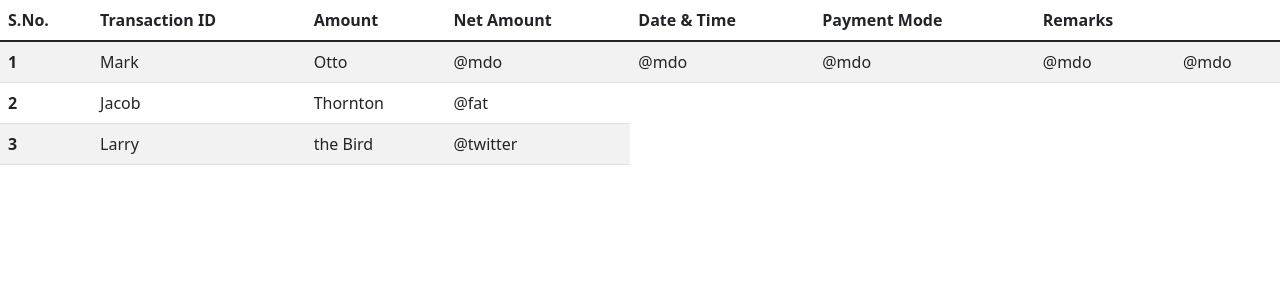
Repository: sreech465/e-prathibha
Page: /paytm
An editor plug-in stored every save of this project. The page is shown before and after the next save, followed by the edit.
The browser window is 1280 px wide. The pictures show the whole page.
The project was rebuilt for these pictures with package versions that can differ from the ones it lists, and the page was loaded fresh each time. Also part of the build but not shown: src/Redux/Actions.js, src/Components/Register.js, src/Components/Verify.js, src/Components/Header.js, src/Components/Login.js, src/Components/Popup.css, src/Components/Popup.js, src/Components/WritExam.css and 11 more.

Above is the page before, as saved 2022-10-19 08:08:22.

### src/index.js
import React from "react";
import ReactDOM from "react-dom/client";
import "./index.css";
import App from "./App";
import reportWebVitals from "./reportWebVitals";
import { Provider } from "react-redux";
import { store } from "./Redux/Store";

import "bootstrap/dist/css/bootstrap.min.css";

const root = ReactDOM.createRoot(document.getElementById("root"));
root.render(
  <React.StrictMode>
    <Provider store={store}>
      <App />
    </Provider>
  </React.StrictMode>
);

// If you want to start measuring performance in your app, pass a function
// to log results (for example: reportWebVitals(console.log))
// or send to an analytics endpoint. Learn more: https://bit.ly/CRA-vitals
reportWebVitals();

### src/App.js
import "bootstrap/dist/css/bootstrap.min.css";
import "./App.css";
import Register from "./Components/Register";
import { useSelector } from "react-redux";
import Verify from "./Components/Verify";
import Header from "./Components/Header";
import Login from "./Components/Login";
import { Routes, Route } from "react-router-dom";
import WriteExam from "./Components/WriteExam";
import { BrowserRouter } from "react-router-dom";
import ListOfExams from "./Components/ListOfExams";
import CategoryOfExams from "./Components/CategoryOfExams";
import PremiumList from "./Components/PremiumList";
import MockList from "./Components/MockList";
import PwriteExam from "./Components/PwriteExam";
import Sidebar from "./Components/Sidebar";
import Packageanu from "./Components/Packageanu";
import Checkouts from "./Components/Checkouts";

import Finalpage from "./Components/Finalpage";
import Transaction from "./Components/Transaction";
function App() {
  const state = useSelector((state) => state);
  console.log(state);

  return (
    <>
      <div className="App">
        <BrowserRouter>
          <Routes>
            <Route path="/register" element={<Register />} />
            <Route path="/Verify" element={<Verify />} />
            <Route path="/" element={<Login />} />
            <Route path="/ListOfExams" element={<ListOfExams />} />
            <Route path="/PremiumList" element={<PremiumList />} />
            <Route path="/MockList" element={<MockList />} />
            <Route path="/CategoryOfExams" element={<CategoryOfExams />} />
            <Route path="/ListOfExams/:id" element={<WriteExam />} />
            <Route path="/PremiumList/:id" element={<WriteExam />} />
            <Route path="/packages" element={<Packageanu />} />
            <Route path="/checkouts" element={<Checkouts />} />
            <Route path="/finalpage" element={<Finalpage />} />
            <Route path="/paytm" element={<Transaction />} />
          </Routes>
        </BrowserRouter>
      </div>
    </>
  );
}

export default App;

### src/Redux/Store.js
import { applyMiddleware } from "redux";

import { createStore } from "redux";
import thunk from "redux-thunk";
import { rootreducer } from "./CombineReducers";

export const store = createStore(rootreducer, applyMiddleware(thunk));

### src/App.css
.Sidebar {

  height:100%;
  width:50px;
  background-color: black;
  top:0;
  position:fixed;


}

body{
  margin:0;
  padding:0;
}

.App{
  width:100vw;
  height: 100vh;
}

.SidebarList{
  height: auto;
  padding: 0;
  width:100%;
}

.SidebarList .row{
  width:100%;
  height: 50px;
  border: rgba(11, 11, 11, 0.851);
list-style-type: none;
margin: 0;
color: white;
left: 0;
font-family: 'Lucida Sans', 'Lucida Sans Regular', 'Lucida Grande', 'Lucida Sans Unicode', Geneva, Verdana, sans-serif;
}

.row #icon {
  flex: 30%;
  display: grid;
  place-items: center;
}

### src/Components/Transaction.js
import React from "react";
import { useSelector } from "react-redux";

const Transaction = () => {
  const details = useSelector((state) => state.TransactionReducer.user13);
  console.log(details);
  return (
    <table class="table table-striped">
      <thead>
        <tr>
          <th scope="col">S.No.</th>
          <th scope="col">Transaction ID</th>
          <th scope="col">Amount</th>
          <th scope="col">Net Amount</th>
          <th scope="col">Date & Time</th>
          <th scope="col">Payment Mode</th>
          <th scope="col">Remarks</th>
        </tr>
      </thead>
      <tbody>
        <tr>
          <th scope="row">1</th>
          <td>Mark</td>
          <td>Otto</td>
          <td>@mdo</td>
          <td>@mdo</td>
          <td>@mdo</td>
          <td>@mdo</td>
          <td>@mdo</td>
        </tr>
        <tr>
          <th scope="row">2</th>
          <td>Jacob</td>
          <td>Thornton</td>
          <td>@fat</td>
        </tr>
        <tr>
          <th scope="row">3</th>
          <td>Larry</td>
          <td>the Bird</td>
          <td>@twitter</td>
        </tr>
      </tbody>
    </table>
  );
};

export default Transaction;

### src/Redux/CombineReducers.js
import { combineReducers } from "redux";
import {
  loginReducer,
  packageReducer,
  payReducer,
  submitExamReducer,
  successReducer,
  transactionReducer,
} from "./Reducer";
import { endExamReducer } from "./Reducer";
import { yearlyQreducer } from "./Reducer";
import { verifyReducer } from "./Reducer";
import { registerReducer } from "./Reducer";
import { writeExamReducer } from "./Reducer";
import { premiumReducer } from "./Reducer";
import { mockReducer } from "./Reducer";

export const rootreducer = combineReducers({
  RegisterReducer: registerReducer,
  VerifyReducer: verifyReducer,
  LoginReducer: loginReducer,
  GetYearlyReducer: yearlyQreducer,
  WexamReducer: writeExamReducer,
  EexamReducer: endExamReducer,
  PremiumReducer: premiumReducer,
  MockReducer: mockReducer,
  SubmitExamReducer: submitExamReducer,
  PayReducer: payReducer,
  PackageReducer: packageReducer,
  SuccessReducer: successReducer,
  TransactionReducer: transactionReducer,
});

### src/Components/Sidebardata.js
import React from "react";
import HomeIcon from "@mui/icons-material/Home";
import ShoppingCartIcon from "@mui/icons-material/ShoppingCart";
import LegendToggleIcon from "@mui/icons-material/LegendToggle";
import LiveHelpIcon from "@mui/icons-material/LiveHelp";
import ManageSearchIcon from "@mui/icons-material/ManageSearch";
import AssistantPhotoIcon from "@mui/icons-material/AssistantPhoto";
import BuildIcon from "@mui/icons-material/Build";
import DomainVerificationIcon from "@mui/icons-material/DomainVerification";
export const Sidebardata = [
  {
    title: "",
    icon: <HomeIcon />,
    link: "/",
  },
  {
    title: "",
    icon: <ShoppingCartIcon />,
    link: "/packages",
  },
  {
    title: "",
    icon: <LegendToggleIcon />,
    link: "/paytm",
  },
  {
    title: "",
    icon: <AssistantPhotoIcon />,
    link: "/result",
  },
  {
    title: "",
    icon: <ManageSearchIcon />,
    link: "/search",
  },
  {
    title: "",
    icon: <LiveHelpIcon />,
    link: "/help",
  },
  {
    title: "",
    icon: <BuildIcon />,
    link: "/help",
  },

  {
    title: "",
    icon: <DomainVerificationIcon />,
    link: "/help",
  },
];

### src/Redux/Reducer.js
import { Actions } from "../Components/types";

const initialstate1 = {
  user1: "",
  user2: "",
  user3: "",
  user4: "",
  user5: "",
  user6: "",
  user7: "",
  user8: "",
  user9: "",
  user10: "",
  user11: "",
  user12: "",
  user13: "",
};

export const loginReducer = (state = initialstate1, action) => {
  const { type, payload } = action;

  switch (type) {
    case Actions.LOGIN:
      return { ...state, user3: payload };
    default:
      return state;
  }
};

export const registerReducer = (state = initialstate1, action) => {
  const { type, payload } = action;

  switch (type) {
    case Actions.REGISTER:
      return { ...state, user1: payload };
    default:
      return state;
  }
};

export const verifyReducer = (state = initialstate1, action) => {
  const { type, payload } = action;

  switch (type) {
    case Actions.VERIFY:
      return { ...state, user2: payload };
    default:
      return state;
  }
};

export const yearlyQreducer = (state = initialstate1, action) => {
  const { type, payload } = action;

  switch (type) {
    case Actions.GETYEARLYQUESTIONS:
      return { ...state, user4: payload };
    default:
      return state;
  }
};

export const premiumReducer = (state = initialstate1, action) => {
  const { type, payload } = action;

  switch (type) {
    case Actions.PREMIUMEXAMS:
      return { ...state, user7: payload };
    default:
      return state;
  }
};

export const mockReducer = (state = initialstate1, action) => {
  const { type, payload } = action;

  switch (type) {
    case Actions.MOCKEXAMS:
      return { ...state, user8: payload };
    default:
      return state;
  }
};

export const writeExamReducer = (state = initialstate1, action) => {
  const { type, payload } = action;

  switch (type) {
    case Actions.WRITETHEEXAM:
      return { ...state, user5: payload };
    default:
      return state;
  }
};

export const submitExamReducer = (state = initialstate1, action) => {
  const { type, payload } = action;

  switch (type) {
    case Actions.SUBMITEXAM:
      return { ...state, user9: payload };
    default:
      return state;
  }
};

export const endExamReducer = (state = initialstate1, action) => {
  const { type, payload } = action;

  switch (type) {
    case Actions.ENDTHEEXAM:
      return { ...state, user6: payload };
    default:
      return state;
  }
};

export const payReducer = (state = initialstate1, action) => {
  const { type, payload } = action;

  switch (type) {
    case Actions.PAYDETAILS:
      return { ...state, user10: payload };
    default:
      return state;
  }
};

export const packageReducer = (state = initialstate1, action) => {
  const { type, payload } = action;

  switch (type) {
    case Actions.PACKAGEDETAILS:
      return { ...state, user11: payload };
    default:
      return state;
  }
};

export const successReducer = (state = initialstate1, action) => {
  const { type, payload } = action;

  switch (type) {
    case Actions.SUCCESS:
      return { ...state, user12: payload };
    default:
      return state;
  }
};

export const transactionReducer = (state = initialstate1, action) => {
  const { type, payload } = action;

  switch (type) {
    case Actions.TRANSACTION:
      return { ...state, user13: payload };
    default:
      return state;
  }
};

### src/Components/types.js
export const Actions = {
  LOGIN: "LOGIN",
  REGISTER: "REGISTER",
  VERIFY: "VERIFY",
  GETYEARLYQUESTIONS: "GETYEARLYQUESTIONS",
  WRITETHEEXAM: "WRITETHEEXAM",
  SUBMITEXAM: "SUBMITEXAM",
  ENDTHEEXAM: "ENDTHEEXAM",
  PREMIUMEXAMS: "PREMIUMEXAMS",
  MOCKEXAMS: "MOCKEXAMS",
  PAYDETAILS: "PAYDETAILS",
  PACKAGEDETAILS: "PACKAGEDETAILS",
  SUCCESS: "SUCCESS",
  TRANSACTION: "TRANSACTION",
};

Loaded but not shown: public/index.html (common file); src/index.css (common file); src/reportWebVitals.js (common file)

After the next save:
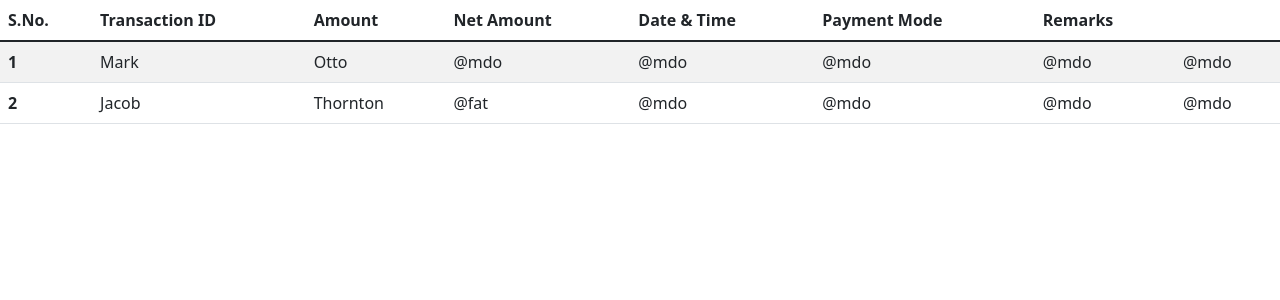
Saved 37 s later.
--- a/src/Components/Transaction.js
+++ b/src/Components/Transaction.js
@@ -33,12 +33,10 @@ const Transaction = () => {
           <td>Jacob</td>
           <td>Thornton</td>
           <td>@fat</td>
-        </tr>
-        <tr>
-          <th scope="row">3</th>
-          <td>Larry</td>
-          <td>the Bird</td>
-          <td>@twitter</td>
+          <td>@mdo</td>
+          <td>@mdo</td>
+          <td>@mdo</td>
+          <td>@mdo</td>
         </tr>
       </tbody>
     </table>
